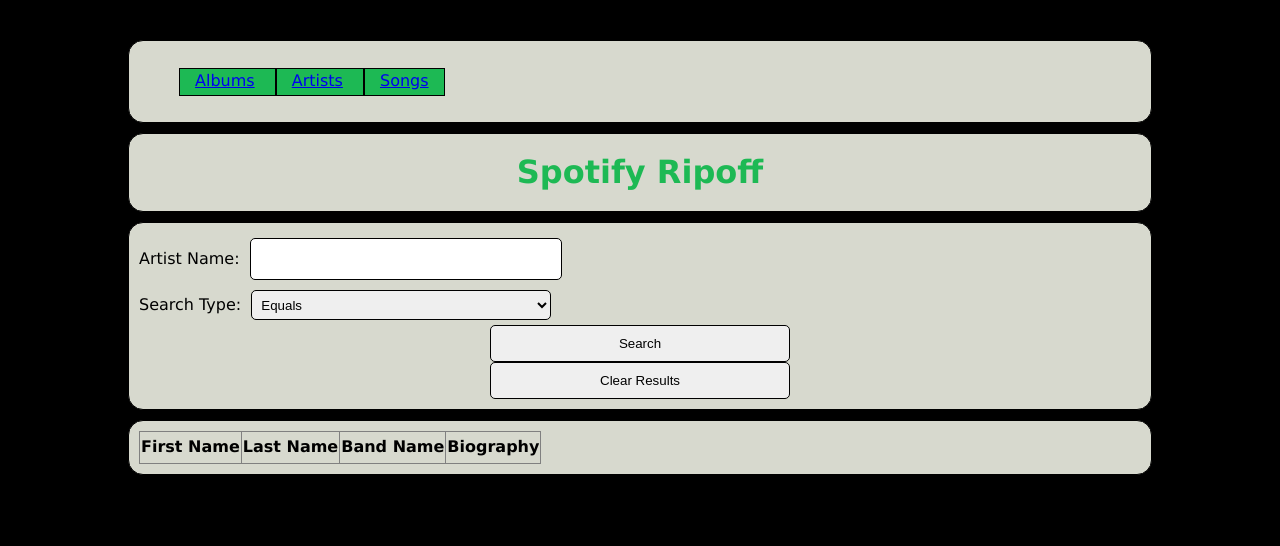
Repository: RRGTHWAR/bkg16_INFSCI1017
Page: bkg16_Music_FinalProject/WebContent/artist.html
An editor plug-in stored every save of this project. The page is shown before and after the next save, followed by the edit.
The browser window is 1280 px wide. The pictures show the whole page.

Above is the page before, as saved 2019-04-07 20:37:33.

### bkg16_Music_FinalProject/WebContent/artist.html
<!DOCTYPE html>
<html>
<head>
<meta charset="UTF-8">
<title>Artists</title>
<link href="css/style.css" rel="stylesheet" type="text/css" />
<script src="js/jquery-3.3.1.min.js"></script>
</head>
<body>
	<div id="navBar">
		<ul>
			<li><a href="album.html" title="Albums">Albums</a>
			<li><a href="artist.html" title="Artists">Artists</a>
			<li><a href="song.html" title="Songs">Songs</a>
		</ul>
	</div>
	<h1 id="mainHeader" >Spotify Ripoff</h1>
	<div id="artistSearch" class="searchBox" >
		<div>
			Artist Name: <input type="text" id="artistName" name="artistName" value="" class="textField" />
		</div>
		<div>
			Search Type:
			<select name="searchType" id="searchType" class="textField">
				<option value="equals">Equals</option>
				<option value="begins">Begins</option>
				<option value="ends">Ends</option>
				<option value="contains">Contains</option>
				<option value="">All</option>
			</select>
		</div>
		<div id="buttons" >
			<input type="button" id="btnSearch" name="btnSubmit" class="actButton" value="Search" />
			<input type="button" id="btnClear" name ="btnClear" class="actButton" value="Clear Results" />
		</div>
	</div>

	<div id="searchResults">
		<table border="1" id="tblSearchResults">
			<tr>
				<th>First Name</th>
				<th>Last Name</th>
				<th>Band Name</th>
				<th>Biography</th>
			</tr>
		</table>
	</div>

	</body>
	<script>
		$(document).ready(function (){
			$("#btnSearch").click(function (){
				var artistName = $("#artistName").val();
				var searchType = $("#searchType").val();
				// console.log("Song: " + artistName);
				// console.log("SearchType: " + searchType);
				var url = "ArtistListWS?artistName=" + artistName + "&searchType=" + searchType;
				// console.log(url);
				$.get(url, function(resp){
					parseArtistData(resp);
				})
			});
		});

		function parseArtistData(data){
			//$("#searchResults").text(JSON.stringify(data));
			var result = "";

			for(var i=0; i < data.length; i++) {
				var tr = $("<tr></tr>"); //Created empty html table row

				//First data cell
				var td = $("<td></td>"); //Created empty html table data
				td.html(data[i].first_name);
				tr.append(td);

				//Second data cell
				td = $("<td></td>"); //Note that we don't need to redeclare this
				td.html(data[i].last_name);
				tr.append(td);

				//Third data cell
				td = $("<td></td>"); //Note that we don't need to redeclare this
				td.html(data[i].band_name);
				tr.append(td);

				//Fourth data cell
				td = $("<td></td>"); //Note that we don't need to redeclare this
				td.html(data[i].bio);
				tr.append(td);

				//Append row to table
				$("#tblSearchResults").append(tr);
				//result += 'Title: ' + data[i].title + '<br />';
			}

			//$("#searchResults").html(result);
		}

		//Source: https://memorynotfound.com/detect-enter-keypress-javascript-jquery/
		$(document).keypress(function(e) {
			var keycode = (e.keyCode ? e.keyCode : e.which);
			if (keycode == '13') {
				$("#btnSearch").click();
			}
		});


	</script>
</html>

### bkg16_Music_FinalProject/WebContent/css/style.css
@charset "UTF-8";

html, body {
	background-color: black;
}

body {
	font-family: Verdana, Geneva, sans-serif;
	font-size: 100%;
	width: 80%;
	margin-right: auto;
	margin-left: auto;
	padding: 2.5% 2.5% 0;
	line-height: 1.8;
}

h1, h2, h3, h4, h5, h6, p {
	margin: 0;
	padding: 0;
}

h1, h2, h3, h4, h5, h6 {
	color: #1DB954;
}

p {
	margin-bottom: 1em;
}

#navBar {
	background-color: #D7D9CE;
	border: 1px solid #000;
	padding: 10px;
	border-radius: 15px;
}

#navBar ul li {
	background-color: #1DB954;
	margin-left: 0;
	margin-bottom: 10px;
	padding: 2px 15px 5px;
	border: 1px solid #000;
	list-style: none;
	display: inline;
}

#mainHeader {
	background-color: #D7D9CE;
	border: 1px solid #000;
	padding: 10px;
	margin-top: 10px;
	border-radius: 15px;
	text-align: center;
}

.searchBox {
	background-color: #D7D9CE;
	border: 1px solid #000;
	padding: 10px;
	margin-top: 10px;
	border-radius: 15px;
	margin-bottom: 10px;
}

.textField {
	border: 1px solid #000;
	border-radius: 5px;
	padding: 5px;
	margin: 5px;
	width: 300px;
	height: 30px;
}

#searchResults {
	background-color: #D7D9CE;
	border: 1px solid #000;
	padding: 10px;
	margin-top: 10px;
	border-radius: 15px;
	display: block;
	margin: 0 auto;
}

input[type=button] {
	border: 1px solid #000;
	padding: 10px;
	border-radius: 5px;
	display: block;
	margin: 0 auto;
	width: 300px;
}

#tblSearchResults {
	border-collapse: collapse;
}

#tblSearchResults tr th td {
	border: 1px solid #000;
	padding: 5px;
	border-collapse: collapse;
	display: inline-block;
	margin: 0 auto;
	text-align: center;
}

Loaded but not shown: bkg16_Music_FinalProject/WebContent/js/jquery-3.3.1.min.js (library)

After the next save:
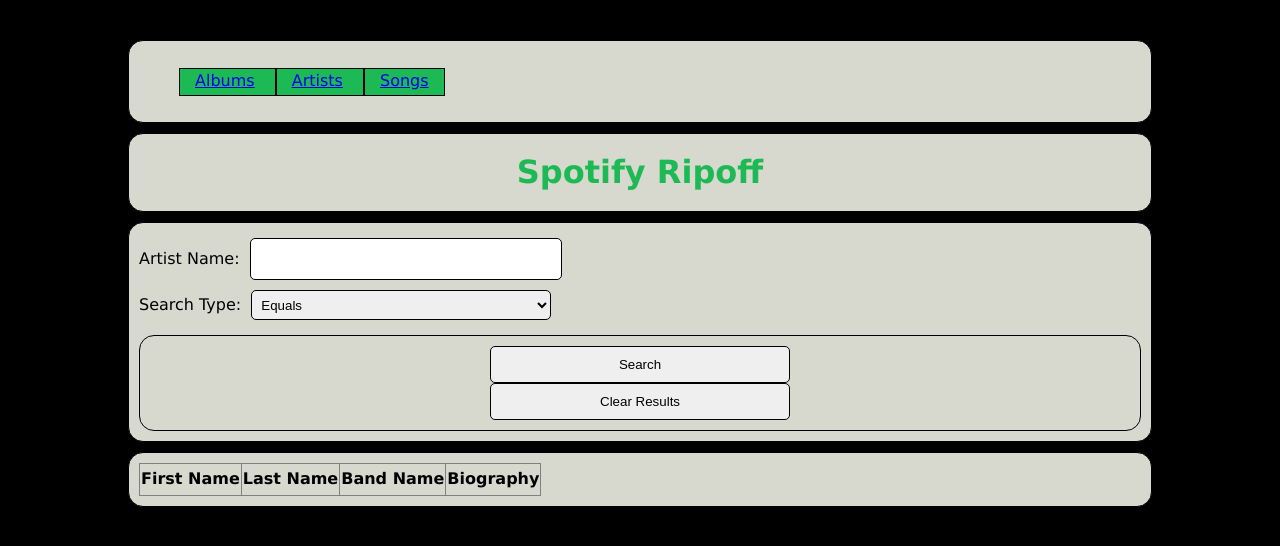
Saved 31 s later.
--- a/bkg16_Music_FinalProject/WebContent/css/style.css
+++ b/bkg16_Music_FinalProject/WebContent/css/style.css
@@ -81,6 +81,15 @@
 	margin: 0 auto;
 }
 
+#buttons {
+	background-color: #D7D9CE;
+	border: 1px solid #000;
+	padding: 10px;
+	margin-top: 10px;
+	border-radius: 15px;
+	text-align: center;
+}
+
 input[type=button] {
 	border: 1px solid #000;
 	padding: 10px;
